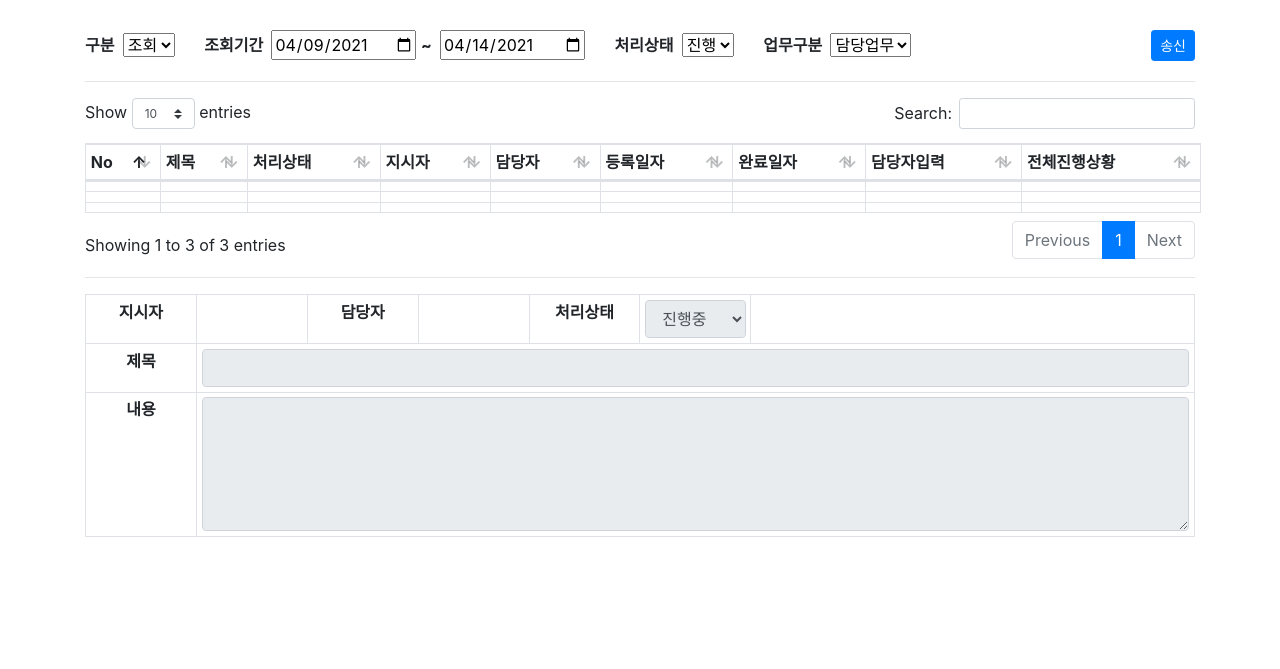
Repository: jungtaeyong/FSB_Project
Page: http://localhost/FsbJobMgt/main.jsp
The author's editor kept a copy of each file at every save. The page is drawn from the files as they stood at one save, then again after a run of saves.
The browser window is 1280 px wide. The pictures show the whole page.
The page is served by Tomcat 9.

Above is the page before, as saved 2021-04-16 06:13:55.

### FsbJobMgt/WebContent/main.jsp
<%@ page language="java" contentType="text/html; charset=EUC-KR" pageEncoding="EUC-KR"%>
<%@ include file="/modal1_Adding.jsp" %>

<!DOCTYPE html PUBLIC "-//W3C//DTD HTML 4.01 Transitional//EN" "http://www.w3.org/TR/html4/loose.dtd">
<html>
<head>
<meta http-equiv="Content-Type" content="text/html; charset=EUC-KR">
<title>업무 관리</title>
</head>
<body>
<!-- jquery  -->
<script type="text/javascript" src="js/jquery-3.6.0.min.js"></script>

<!-- bootstrap -->
<link rel="stylesheet" type="text/css" href="lib/Bootstrap-4-4.1.1/css/bootstrap.min.css"/>
<script type="text/javascript" src="lib/Bootstrap-4-4.1.1/js/bootstrap.min.js"></script>

<!-- datatables -->
<link rel="stylesheet" type="text/css" href="lib/DataTables-1.10.24/css/dataTables.bootstrap4.min.css"/>
<script type="text/javascript" src="lib/DataTables-1.10.24/js/jquery.dataTables.min.js"></script>
<script type="text/javascript" src="lib/DataTables-1.10.24/js/dataTables.bootstrap4.min.js"></script>
<script>
$(document).ready(function() {
	/* 초기 조회 조건 세팅 */
	$('#REQUEST_TYPE').val('1'); //구분
	$('#BZWR_STS').val('01'); //처리상태
	$('#BZWR_DSTC').val('2'); //업무구분

	let befor7days= new Date();
	befor7days.setDate(befor7days.getDate()-5);
	document.getElementById('FROM_DATE').valueAsDate = befor7days; //FROM_DATE
	document.getElementById('TO_DATE').valueAsDate = new Date(); //TO_DATE


	 $('#job_list').DataTable( {
	        ajax: 'lib/testJson2.json'
	 } );


	/* 송신버튼 */
	$('#action_submit').click(function(){
		let dvcd = $('#REQUEST_TYPE').val();
		if(dvcd=='1'){
			console.log('조회');
			setTable();
		}else if(dvcd=='2'){
			console.log('등록');
			createNewJob();
		}else if(dvcd=='3'){
			console.log('변경');
			updateJob();
		}
	});

	/* 구분 변경 이벤트 처리 */
	$('#REQUEST_TYPE').change(function() {
		let dvcd = $('#REQUEST_TYPE').val();
		if(dvcd=='1'){
			$('#BZWR_EXC_CHGR_BTN').hide();
			$('#BZWR_STS_2').attr("disabled",true);
			$('#BZWR_TTL').attr("disabled",true);
			$('#BZWR_CNTN').attr("disabled",true);
		}else if(dvcd=='2'){
			$('#BZWR_INDC_CHGR').text('로그인 유저');
			$('#BZWR_EXC_CHGR').text('');
			$('#BZWR_EXC_CHGR_BTN').show();
			$('#BZWR_STS_2').attr("disabled",true);
			$('#BZWR_TTL').val("");
			$('#BZWR_CNTN').val("");
			$('#BZWR_TTL').removeAttr("disabled");
			$('#BZWR_CNTN').removeAttr("disabled");
		}else if(dvcd=='3'){
			$('#BZWR_EXC_CHGR_BTN').show();
			$('#BZWR_STS_2').removeAttr("disabled");
			$('#BZWR_TTL').removeAttr("disabled");
			$('#BZWR_CNTN').removeAttr("disabled");
			alert('변경할 데이터를 선택해주세요.');
		}
	});

} );

function setTable(){
	/* 테이블 데이터 로딩 */
	let sendData = {
    		REQUEST_TYPE:$('#REQUEST_TYPE').val(),
    		FROM_DATE:$('#FROM_DATE').val(),
    		TO_DATE:$('#TO_DATE').val(),
    		BZWR_STS:$('#BZWR_STS').val(),
    		BZWR_DSTC:$('#BZWR_DSTC').val()
    };
	console.log('sendData',sendData);
	let jobList = $('#job_list').DataTable( {
        ajax : {
        	url : 'lib/testJson2.json',
        	type : 'POST',
        	data : sendData
        },
        columns : [
			{data: null },
			{data: "BZWR_TTL" },
            {data: "BZWR_STS", render : function ( data, type, row, meta ) {
            	if(data=="01"){
            		return '진행중';
            	}else if(data=="02"){
            		return '완료';
            	}
            }},
            {data: "BZWR_INDC_CHGR_TXT" },
            {data: "BZWR_EXC_CHGR_TXT" },
            {data: "BZWR_REG_DT" },
            {data: "BZWR_CMPL_DT" },
            {data: null , render : function ( data, type, row, meta ) {
                return '<button name="first_btn" class="btn btn-sm btn-default">입력</button>'
            }},
            {data: null , render : function ( data, type, row, meta ) {
                return '<button name="second_btn" class="btn btn-sm btn-default">확인</button>'
            }}
        ],
        columnDefs: [{ className: 'text-center', targets: [0,2,3,4,5,6,7,8] }],
        order: [[ 1, 'asc' ]]
    });

	/* 테이블 Index 생성을 위한 함수 */
	jobList.on( 'order.dt search.dt', function () {
		jobList.column(0, {search:'applied', order:'applied'}).nodes().each( function (cell, i) {
	        cell.innerHTML = i+1;
	    } );
	} ).draw();

	/* 테이블 클릭 이벤트  -> 클릭한 row에 해당하는 데이터를 상세 정보에 보여줌*/
	$('#job_list tbody').on('click', 'td:nth-child(-n+7)', function () {
		let data = jobList.row( this ).data();
	    console.log('Table Click Event',data);

		if($('#REQUEST_TYPE').val()!='2'){ //"구분-등록" 상태면 반응 없음.
	        $('#BZWR_INDC_CHGR').text(data.BZWR_INDC_CHGR_TXT); //지시자
	        $('#BZWR_EXC_CHGR').text(data.BZWR_EXC_CHGR_TXT); //담당자
	        $('#BZWR_STS_2').val(data.BZWR_STS); //처리상태(업무상태)
	        $('#BZWR_TTL').val(data.BZWR_TTL); //제목
	        $('#BZWR_CNTN').val(data.BZWR_CNTN); //내용
	        if($('#REQUEST_TYPE').val()=='1' || data.BZWR_STS=='02'){
	        	$('#BZWR_EXC_CHGR_BTN').hide();
				$('#BZWR_STS_2').attr("disabled",true);
				$('#BZWR_TTL').attr("disabled",true);
				$('#BZWR_CNTN').attr("disabled",true);
	        }else{
	        	$('#BZWR_EXC_CHGR_BTN').show();
				$('#BZWR_STS_2').removeAttr("disabled");
				$('#BZWR_TTL').removeAttr("disabled");
				$('#BZWR_CNTN').removeAttr("disabled");
	        }
		}
	} );

	/* 선택된  row 하이라이트 */
	$('#job_list tbody').on('click', 'tr', function() {
		$('#job_list tbody > tr').css('background-color','#ffffff');
		$(this).css('background-color','#f0f5f5');
	});

	/* 테이블 버튼 이벤트(담당자입력) */
	$('#job_list tbody').on( 'click', 'button[name="first_btn"]', function () {
	    let data = jobList.row( $(this).parents('tr') ).data();
		//console.log("First Button",data);
		setData(data); //모달 페이지로 데이터를 전달하기 위한 함수
		$('#exampleModal').modal();
	} );

	/* 테이블 버튼 이벤트(전체진행상황) */
	$('#job_list tbody').on( 'click', 'button[name="second_btn"]', function () {
	    let data = jobList.row( $(this).parents('tr') ).data();
		//console.log("Second Button",data);
	    setData(data); //모달 페이지로 데이터를 전달하기 위한 함수
		$('#exampleModalCenter').modal();
	} );
}

/* 등록 */
function createNewJob(){
	$.ajax({
		url:'',
		dataType:'application/json',
		data : {
			REQUEST_TYPE:$('#REQUEST_TYPE').val(), //구분(조회,등록,변경)
			BZWR_DSTC:$('#BZWR_DSTC').val(), //업무구분
			BZWR_INDC_CHGR:'로그인 유저', //업무지시담당자
			BZWR_EXC_CHGR:'담당자', //업무수행담당자
			BZWR_STS:'1', //업무상태 (등록 시 진행으로 세팅)
			BZWR_TTL:$('#BZWR_TTL').val(), //업무제목
			BZWR_CNTN:$('#BZWR_CNTN').val() //업무내용
		},
		success:function(data){
			alert('등록 되었습니다.');
	   }
	})
}

/* 변경 */
function updateJob(){
	$.ajax({
		url:'',
		dataType:'application/json',
		data : {
			REQUEST_TYPE:$('#REQUEST_TYPE').val(), //구분(조회,등록,변경)
			BZWR_DSTC:$('#BZWR_DSTC').val(), //업무구분
			BZWR_EXC_CHGR:'담당자', //업무수행담당자
			BZWR_STS:$('#BZWR_STS_2').val(), //업무상태
			BZWR_TTL:$('#BZWR_TTL').val(), //업무제목
			BZWR_CNTN:$('#BZWR_CNTN').val() //업무내용
		},
		success:function(data){
			alert('변경 되었습니다.');
	   }
	})
}

</script>
<div class="container" style="margin-top:30px">
	<!-- 조회 조건 -->
	<div>
		<div>
			<label style="font-weight:bold;">구분&nbsp;</label>
			<select id="REQUEST_TYPE" style="margin-right:25px">
			    <option value="1">조회</option>
			    <option value="2">등록</option>
			    <option value="3">변경</option>
			</select>
			<label style="font-weight:bold">조회기간&nbsp;</label>
			<input type="date" id="FROM_DATE" style="width:145px" value=""/>
			<label style="font-weight:bold">~&nbsp;</label>
			<input type="date" id="TO_DATE" value=""  style="margin-right:25px;width:145px"/>
			<label style="font-weight:bold;">처리상태&nbsp;</label>
			<select id="BZWR_STS" style="margin-right:25px">
			    <option value="01">진행</option>
			    <option value="02">완료</option>
			    <option value="03">전체</option>
			</select>
			<label style="font-weight:bold;">업무구분&nbsp;</label>
			<select id="BZWR_DSTC">
			    <option value="1">지시업무</option>
			    <option value="2">담당업무</option>
			</select>
			<input type='button' id="action_submit" class="btn btn-sm btn-primary" style="float:right" value='송신'/>
		</div>
	</div>
	<hr/>
	<!-- 목록 -->
	<div>
		<table id="job_list" class="table table-sm table-bordered">
	        <thead>
	            <tr>
	            	<th>No</th>
	                <th>제목</th>
	                <th>처리상태</th>
	                <th>지시자</th>
	                <th>담당자</th>
	                <th>등록일자</th>
	                <th>완료일자</th>
	                <th>담당자입력</th>
	                <th>전체진행상황</th>
	            </tr>
	        </thead>
	    </table>
	</div>
	<hr/>
	<!-- 상세 -->
	<div>
		<table class="table table-bordered table-sm display" style="text-align:center;">
			<tr>
				<th scope="col" width="10%">지시자</th>
				<td scope="col" id="BZWR_INDC_CHGR" width="10%"></td>
				<th scope="col" width="10%">담당자</th>
				<td scope="col" width="10%">
					<span id="BZWR_EXC_CHGR"></span>
					<button id="BZWR_EXC_CHGR_BTN" class="btn btn-sm btn-info" style="display:none">선택</button>
				</td>
				<th scope="col" width="10%">처리상태</th>
				<td scope="col" width="10%">
					<select id="BZWR_STS_2" class="form-control" disabled>
					    <option value="01">진행중</option>
					    <option value="02">완료</option>
					</select>
				</td>
				<td scope="col"></td>
			</tr>
			<tr>
				<th scope="row">제목</th><td colspan="6"><input type="text" id="BZWR_TTL" class="form-control input-sm" disabled/></td>
			</tr>
			<tr>
				<th scope="row">내용</th><td colspan="6"><textarea ID="BZWR_CNTN" class="form-control input-sm" rows="5" disabled></textarea></td>
			</tr>
		</table>
	</div>
</div>
</body>
</html>

### FsbJobMgt/WebContent/modal1_Adding.jsp
<%@ page language="java" contentType="text/html; charset=EUC-KR"
    pageEncoding="EUC-KR"%>
<!DOCTYPE html>

<html lang="en">
  <head>
    <!-- Required meta tags -->
    <meta charset="utf-8">
    <meta name="viewport" content="width=device-width, initial-scale=1, shrink-to-fit=no">

	<!-- jquery  -->
	<script type="text/javascript" src="js/jquery-3.6.0.min.js"></script>

	<!-- bootstrap -->
	<link rel="stylesheet" type="text/css" href="lib/Bootstrap-4-4.1.1/css/bootstrap.min.css"/>
	<script type="text/javascript" src="lib/Bootstrap-4-4.1.1/js/bootstrap.min.js"></script>




<!--     드롭다운 style -->
    <style>
	.dropbtn {
	  background-color: #4CAF50;
	  color: white;
	  padding: 16px;
	  font-size: 16px;
	  border: none;
	}

	.dropdown {
	  position: relative;
	  display: inline-block;
	}

	.dropdown-content {
	  display: none;
	  position: absolute;
	  background-color: #f1f1f1;
	  min-width: 160px;
	  box-shadow: 0px 8px 16px 0px rgba(0,0,0,0.2);
	  z-index: 1;
	}

	.dropdown-content a {
	  color: black;
	  padding: 12px 16px;
	  text-decoration: none;
	  display: block;
	}

	.dropdown-content a:hover {background-color: #ddd;}

	.dropdown:hover .dropdown-content {display: block;}

	.dropdown:hover .dropbtn {background-color: #3e8e41;}
	</style>

  </head>
  <script>
	function setData(data){
		let dataObjFromMain; //dataObjFromMain.JOB_CD 처럼 접근해서 사용.
		dataObjFromMain=data;
		console.log('dataObjFromMain',dataObjFromMain); //확인용

		/* 여기에 DB에 데이터 요청하고 받아오고 view에 적용하는 로직 작성 */
	}
  </script>
  <body>
    <!--
    <h1>In Page</h1>
	<button type="button" class="btn btn-primary" data-toggle="modal" data-target="#exampleModal" data-whatever="@mdo">담당자 추가</button>
	-->


	<!-- 	### 담당자 추가 -->
	<div class="modal fade" id="exampleModal" tabindex="-1" role="dialog" aria-labelledby="exampleModalLabel" aria-hidden="true">
	  <div class="modal-dialog" role="document">
	    <div class="modal-content">
	      <div class="modal-header">
	        <h5 class="modal-title" id="exampleModalLabel">담당자 추가</h5>
	        <button type="button" class="close" data-dismiss="modal" aria-label="Close">
	          <span aria-hidden="true">&times;</span>
	        </button>
	      </div>

	      <div class="modal-body">
		    <b>최초 지시자&emsp;</b> <em>OOO</em>
		    &emsp;&emsp;&emsp;&emsp;&emsp;
		    <b>현재 담당자&emsp;</b> <em>OOO</em>

	     	<br/><br/>

			<table>
				<tr><!--행(row)선언-->
	                <th><b>추가 담당자</b></th>


	                	<!-- <input type="text" name = "UserID" value="" placeholder = "담당자 입력" style="width:100px; right:30%;"/> -->
	                	<!-- <input type="text" class="form-control" id="recipient-name" style="width:100px; padding-left:10px"> -->
	                	<td>
	                	&emsp;
	                		<select name="solar_birth_yn" id="solar_birth_yn">
		                		<option value="none">부 서</option>
		 				       	<option value="1">IT</option>
					       	 	<option value="2">일반본부</option>
					   		</select>
					   	&emsp;
					   		<select name="solar_birth_yn" id="solar_birth_yn">
		                		<option value="none">팀</option>
		 				       	<option value="1">계정운영팀</option>
					       	 	<option value="2">계정개발팀</option>
					   		</select>
					   	&emsp;
					   		<select name="solar_birth_yn" id="solar_birth_yn">
		                		<option value="none">사원</option>
		 				       	<option value="1">홍길동</option>
					       	 	<option value="2">김동율</option>
					   		</select>
					    </td>

	                <!-- <th rowspan="2"><input type="submit" value="로그인"/></th> -->
        	    </tr>
			</table>


			<hr>

	        <form>
	          <div class="form-group">
	            <label for="recipient-name" class="col-form-label">제 목</label>
	            <input type="text" class="form-control" id="recipient-name">
	          </div>
	          <div class="form-group">
	            <label for="message-text" class="col-form-label">내 용</label>
	            <textarea class="form-control" id="message-text" style="height:100px"></textarea>
	          </div>
	        </form>
	      </div>

	      <div class="modal-footer">
	        <button type="button" class="btn btn-secondary" data-dismiss="modal">닫기</button>
	        <button type="button" class="btn btn-primary">등록</button>
	      </div>
	    </div>
	  </div>
	</div>

	<!-- 	### 지시현황 체크 -->
		<!-- Button trigger modal -->
	<!--
	<button type="button" class="btn btn-primary" data-toggle="modal" data-target="#exampleModalCenter">
	  지시현황
	</button>
	-->

	<!-- Modal -->
	<div class="modal fade" id="exampleModalCenter" tabindex="-1" role="dialog" aria-labelledby="exampleModalCenterTitle" aria-hidden="true">
	  <div class="modal-dialog modal-dialog-centered" role="document">
	    <div class="modal-content">
	      <div class="modal-header">
	        <h5 class="modal-title" id="exampleModalCenterTitle">지시현황</h5>
	        <button type="button" class="close" data-dismiss="modal" aria-label="Close">
	          <span aria-hidden="true">&times;</span>
	        </button>
	      </div>

	      <div class="modal-body">
		     <table class="table">
				 <thead>
				   <tr>
				      <th>지시자</th>
				      <th>담당자</th>
				      <th>처리 상태</th>
   				      <th>지시 일자</th>
				   </tr>
				 </thead>
				 <tbody>
				   <tr>
				      <td>John</td>
				      <td>Doe</td>
				      <td>진행중</td>
				      <td>2021.03.01</td>
				   </tr>
				   <tr>
				      <td>Doe</td>
				      <td>Moe</td>
				      <td>진행중</td>
   				      <td>2021.04.02</td>
				   </tr>
				   <tr>
				      <td>Moe</td>
				      <td>Ryul</td>
				      <td>완료</td>
				      <td>2021.04.10</td>
				   </tr>
				 </tbody>
			</table>
	      </div>

	      <div class="modal-footer">
	        <button type="button" class="btn btn-secondary" data-dismiss="modal">닫기</button>
	      </div>
	    </div>
	  </div>
</div>




 </body>
</html>

### FsbJobMgt/WebContent/lib/testJson2.json
{
  "data": [
    {
      "BZWR_DSTC": "1",
      "JOB_CD": "20210410123456",
      "SQNO": "1",
      "BZWR_STS": "01",
      "BZWR_REG_DT": "2021-04-10",
      "BZWR_CMPL_DT": "",
      "BZWR_INDC_CHGR": "221001",
      "BZWR_INDC_CHGR_TXT": "김동률",
      "BZWR_EXC_CHGR":"221002",
      "BZWR_EXC_CHGR_TXT":"전명환",
      "BZWR_TTL":"업무제목랄랄랄",
      "BZWR_CNTN":"업무내용호롤롤롤"
    },
    {
      "BZWR_DSTC": "1",
      "JOB_CD": "20210410153215",
      "SQNO": "2",
      "BZWR_STS": "01",
      "BZWR_REG_DT": "2021-04-10",
      "BZWR_CMPL_DT": "",
      "BZWR_INDC_CHGR": "221001",
      "BZWR_INDC_CHGR_TXT": "김동산",
      "BZWR_EXC_CHGR":"221002",
      "BZWR_EXC_CHGR_TXT":"나승훈",
      "BZWR_TTL":"한국신용정보원",
      "BZWR_CNTN":"일반신용정보관리규약 실무 해설"
    },
    {
      "BZWR_DSTC": "1",
      "JOB_CD": "20210410095031",
      "SQNO": "3",
      "BZWR_STS": "02",
      "BZWR_REG_DT": "2021-04-10",
      "BZWR_CMPL_DT": "2021-04-20",
      "BZWR_INDC_CHGR": "221001",
      "BZWR_INDC_CHGR_TXT": "배문국",
      "BZWR_EXC_CHGR":"221002",
      "BZWR_EXC_CHGR_TXT":"엄상식",
      "BZWR_TTL":"Unit Method 명명규칙",
      "BZWR_CNTN":"피대문자 어플리케이션코드 세자리 대문자 업무구분코드"
    }
 ]
}

Loaded but not shown: FsbJobMgt/WebContent/js/jquery-3.6.0.min.js (library); FsbJobMgt/WebContent/lib/Bootstrap-4-4.1.1/css/bootstrap.min.css (library); FsbJobMgt/WebContent/lib/Bootstrap-4-4.1.1/js/bootstrap.min.js (library); FsbJobMgt/WebContent/lib/DataTables-1.10.24/css/dataTables.bootstrap4.min.css (library); FsbJobMgt/WebContent/lib/DataTables-1.10.24/js/jquery.dataTables.min.js (library); FsbJobMgt/WebContent/lib/DataTables-1.10.24/js/dataTables.bootstrap4.min.js (library)

After the next 2 saves:
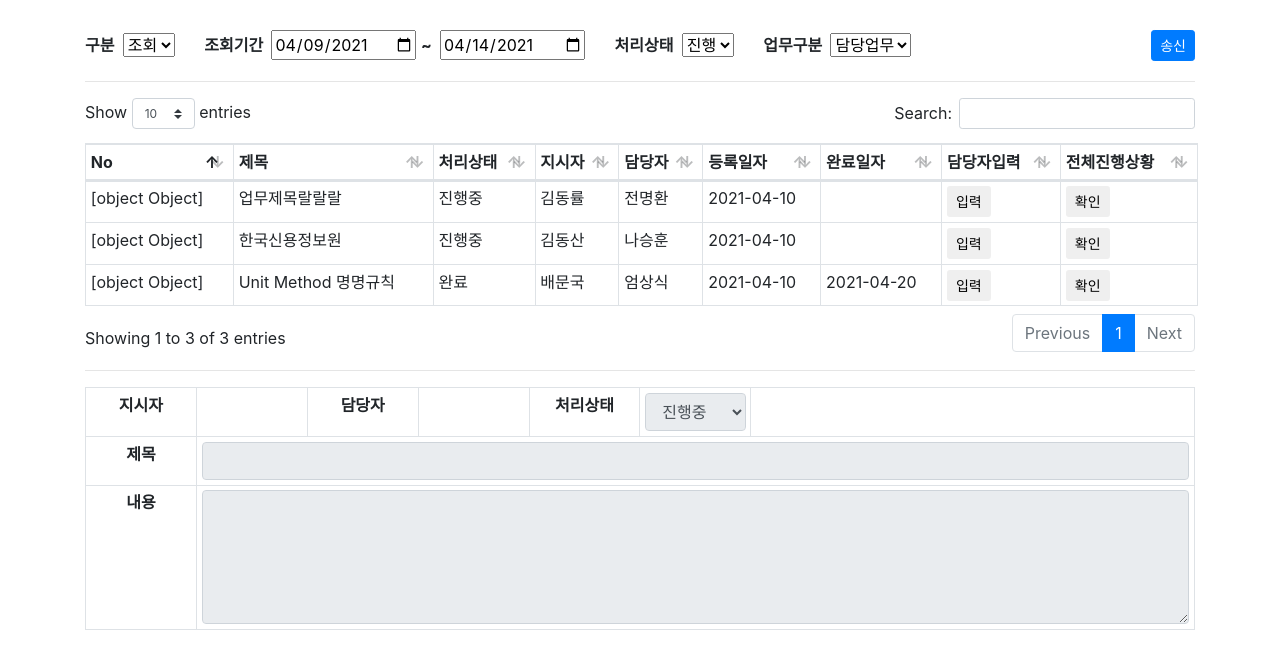
The 2 saves are shown as one change because they came seconds apart.
The last was saved 33 s later.
--- a/FsbJobMgt/WebContent/main.jsp
+++ b/FsbJobMgt/WebContent/main.jsp
@@ -33,7 +33,28 @@ $(document).ready(function() {
 
 
 	 $('#job_list').DataTable( {
-	        ajax: 'lib/testJson2.json'
+	        ajax: 'lib/testJson2.json',
+	        columns : [
+	       			{data: null },
+	       			{data: "BZWR_TTL" },
+	                   {data: "BZWR_STS", render : function ( data, type, row, meta ) {
+	                   	if(data=="01"){
+	                   		return '진행중';
+	                   	}else if(data=="02"){
+	                   		return '완료';
+	                   	}
+	                   }},
+	                   {data: "BZWR_INDC_CHGR_TXT" },
+	                   {data: "BZWR_EXC_CHGR_TXT" },
+	                   {data: "BZWR_REG_DT" },
+	                   {data: "BZWR_CMPL_DT" },
+	                   {data: null , render : function ( data, type, row, meta ) {
+	                       return '<button name="first_btn" class="btn btn-sm btn-default">입력</button>'
+	                   }},
+	                   {data: null , render : function ( data, type, row, meta ) {
+	                       return '<button name="second_btn" class="btn btn-sm btn-default">확인</button>'
+	                   }}
+	               ]
 	 } );
 
 
